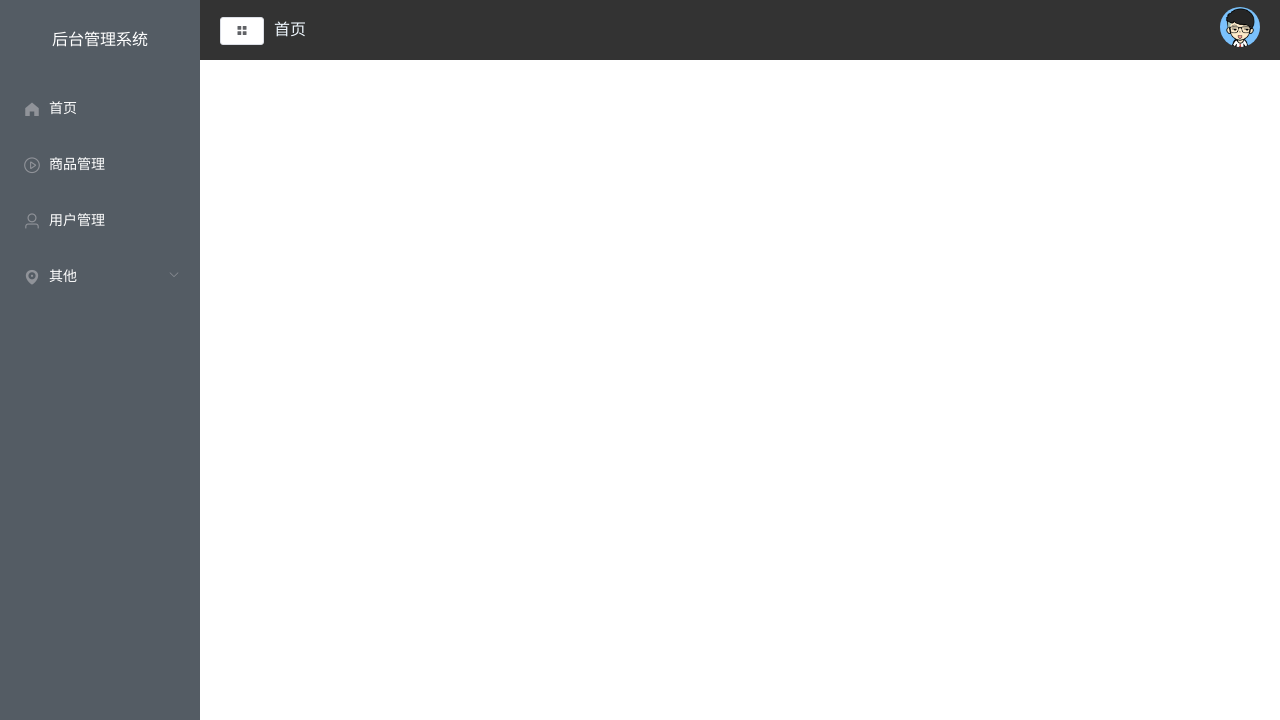
Repository: wuqu11/Management-system
Page: /
An editor plug-in stored every save of this project. The page is shown before and after a run of saves, followed by the edit.
The browser window is 1280 px wide. The pictures show the whole page.
The project was rebuilt for these pictures with package versions that can differ from the ones it lists, and the page was loaded fresh each time. Also part of the build but not shown: vue.config.js, src/view/User.vue, src/view/Mall.vue, src/view/PageOne.vue, src/view/PageTwo.vue.

Above is the page before, as saved 2023-07-18 08:15:15.

### src/main.js
import Vue from 'vue'
import App from './App.vue'
import ElementUI from 'element-ui';
  // import element from 'element-ui';
import 'element-ui/lib/theme-chalk/index.css';
import router from '@/router';

Vue.use(router)
Vue.use(ElementUI)
// Vue.use(Button)
Vue.config.productionTip = false

new Vue({
  router,
  render: h => h(App),
}).$mount('#app')

### src/App.vue
<template>
  <div id="app">
    <!-- <el-row>
        <el-button>默认按钮</el-button>
        <el-button type="primary">主要按钮</el-button>
        <el-button type="success">成功按钮</el-button>
        <el-button type="info">信息按钮</el-button>
        <el-button type="warning">警告按钮</el-button>
        <el-button type="danger">危险按钮</el-button>
    </el-row> -->
    <router-view></router-view>
  </div>
</template>

<script>


export default {
  name: 'App',
}
</script>

<style lang='less'>
    html,body{
      margin: 0;
      padding: 0;
    }
</style>

### src/router/index.js
import VueRouter from "vue-router";
import Vue from "vue";
import User from '@/view/User.vue';
import Home from '@/view/Home.vue';
import Main from '@/view/Main.vue';
import Mall from '@/view/Mall.vue';
import PageOne from '@/view/PageOne.vue';
import PageTwo from '@/view/PageTwo.vue'

//1.创建路由组件
//2.路由组件的映射
//3.创建路由实例对象

Vue.use(VueRouter);
const routes = [
    {
      path: '/',
      component:Main ,

      children:[
        { path: 'home', component: Home },
        { path: 'user', component: User },
        { path: 'mall', component: Mall },
        { path: 'page1', component: PageOne },
        { path: 'page2', component: PageTwo },
      ]
    },
    {
      path:'*',
      redirect:'/',
    }

  ]
 //先把VueRouter原型对象的push,先保存一份
let originPush = VueRouter.prototype.push;
let originReplce = VueRouter.prototype.replace;
//重写push|relace
//第一个参数:告诉原来push方法,你往哪里跳转(传递那些参数)
//第二个参数:成功回调
//第三个参数:失败回调
//call|apply区别
//相同点:都可以调用函数一次,都可以篡改函数的上下文一次
//不同点:call与apply传递参数,call传递参数用逗号隔开,apply方法执行,传递数组
VueRouter.prototype.push = function(location,resolve,reject){
    if(resolve && reject){
        originPush.call(this,location,resolve,reject)
    }else{
        originPush.call(this,location,()=>{},()=>{})
    }
};

VueRouter.prototype.replace = function(location,resolve,reject){
    if(resolve && reject){
        originReplce.call(this,location,resolve,reject)
    }else{
        originReplce.call(this,location,()=>{},()=>{})
    }
};

export default new VueRouter({
    routes // (缩写) 相当于 routes: routes
  })

### src/view/Main.vue
<template>
    <div>
        <el-container>
        <el-aside width="200px">
            <CommenSide />
        </el-aside>
        <el-container>
            <el-header class="el-header">
                <CommenHeader/>
            </el-header>
            <el-main>
                    <router-view></router-view>
            </el-main>
        </el-container>
        </el-container>
        <router-view></router-view>
    </div>
</template>

<script>
import CommenSide from '@/components/CommenSide.vue';
import CommenHeader from '@/components/CommenHeader.vue';
    export default {
        components:{CommenSide,CommenHeader}
    }
</script>

<style   scoped>
      .el-header {
    background-color: #B3C0D1;
    color: #111;
    line-height: 60px;
    padding: 0;
  }

  .el-aside {
    color: #333;
  }
</style>

### src/components/CommenSide.vue
<template>
    <div>

        <el-menu default-active="1-4-1" class="el-menu-vertical-demo" @open="handleOpen" @close="handleClose"
            :collapse="isCollapse" background-color="#545c64" text-color="#fff" active-text-color="#ffd04b">
             <h3>后台管理系统</h3>
            <el-menu-item  @click="clickMenu(item)" v-for="item in noChildren " :key='item.name' :index="item.name">
                <i :class='`el-icon-${item.icon}`'></i>
                <span slot="title">{{ item.label }}</span>
            </el-menu-item>
            <el-submenu  v-for="item in Children" :key='item.label' :index="item.label">
                <template slot="title">
                    <i :class='`el-icon-${item.icon}`'></i>
                    <span slot="title">{{ item.label }}</span>
                </template>
                <el-menu-item-group    v-for="subItem in item.children" :key="subItem.path">
                    <el-menu-item   @click="clickMenu(subItem)" :index="subItem.path">{{ subItem.label }}</el-menu-item>
                </el-menu-item-group>
            </el-submenu>

        </el-menu>
    </div>
</template>

<script>
export default {
    data() {
        return {
            isCollapse: false,
            menuDate: [{
                path: '/',
                name: 'home',
                label: '首页',
                icon: 's-home',
                url: 'Home/Home'
            },
            {
                path: '/mall',
                name: 'mall',
                label: '商品管理',
                icon: 'video-play',
                url: 'MallManage/MallManage'
            },
            {
                path: '/user',
                name: 'user',
                label: '用户管理',
                icon: 'user',
                url: 'UserManage/UserManage'
            },
            {
                label: '其他',
                icon: 'location',
                children: [
                    {
                        path: '/page1',
                        name: 'page1',
                        label: '页面1',
                        icon: 'setting',
                        url: 'Other/PageOne'
                    },
                    {
                        path: '/page2',
                        name: 'page2',
                        label: '页面2',
                        icon: 'setting',
                        url: 'Other/PageTwo'
                    }
                ]
            }]
        };
    },
    methods: {
        handleOpen(key, keyPath) {
            console.log(key, keyPath);
        },
        handleClose(key, keyPath) {
            console.log(key, keyPath);
        },
        clickMenu(item){
            console.log(item);
            this.$router.push(item.path)
        }
    },
    computed: {
        noChildren() {
            return this.menuDate.filter(item => !item.children)
        },
        Children() {
            return this.menuDate.filter(item => item.children)
        },

    },
}
</script>

<style lang='less' scoped>
    .el-menu-vertical-demo:not(.el-menu--collapse) {
        width: 200px;
        min-height: 400px;
    }
        .el-menu{
            height: 100vh;
            h3{
                color: #fff;
                text-align: center;
                line-height: 48px;
                font-size: 16px;
                font-weight: 400;
            }
        }

</style>

### src/components/CommenHeader.vue
<template>
        <div class="header-container">
            <div class="l-container">
                <el-button icon="el-icon-menu" size="mini"></el-button>
                <span class="text">首页</span>
            </div>
            <div class="r-container">
                <el-dropdown class="el-dropdown">
                    <span class="el-dropdown-link">
                        <img src="../assets/images/user.png" alt="" class="user">
                    </span>
                    <el-dropdown-menu slot="dropdown">
                        <el-dropdown-item>个人中心</el-dropdown-item>
                        <el-dropdown-item>退出</el-dropdown-item>
                    </el-dropdown-menu>
                </el-dropdown>
            </div>
        </div>
</template>

<script>
export default {

}
</script>

<style lang="less" scoped>
.header-container {
    height: 60px;
    background-color: #333;
    padding: 0 20px;
    display: flex;
    align-items: center;
    justify-content: space-between;

    .text {
        color: aliceblue;
        size: 14px;
        margin-left: 10px;
    }

    .r-container {
        .el-dropdown {
            top: 10px;
            .user {
                height: 40px;
                width: 40px;
                border-radius: 50%;
            }

        }
    }

}
</style>

### src/view/Home.vue
<template>
    <div>
        <h1>我是Home</h1>
    </div>
</template>

<script>
    export default {
        name:'Home'
    }
</script>

<style lang="less" scoped>

</style>

Loaded but not shown: public/index.html (common file)

After the next 3 saves:
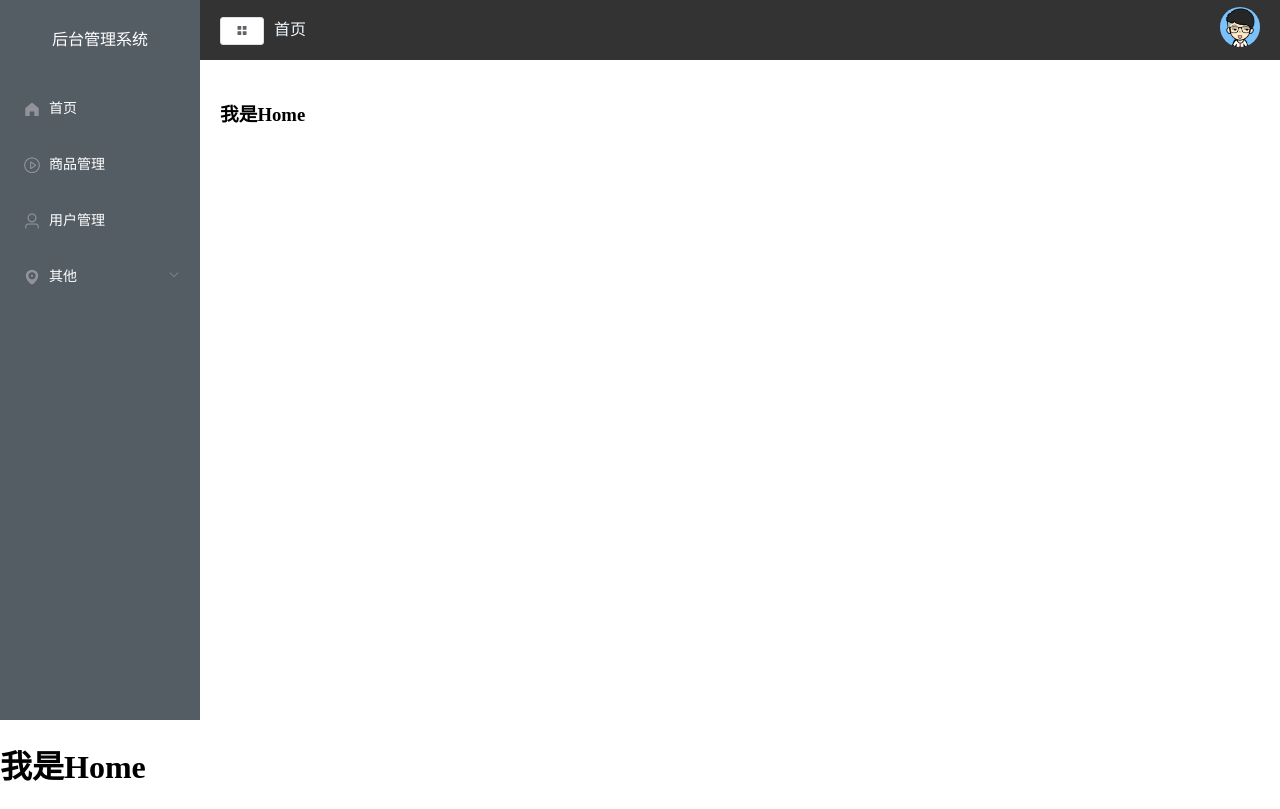
The 3 saves are shown as one change because they came seconds apart.
The last was saved 12 s later.
--- a/src/router/index.js
+++ b/src/router/index.js
@@ -16,7 +16,7 @@ const routes = [
     {
       path: '/',
       component:Main ,
-
+      redirect:'/home',
       children:[
         { path: 'home', component: Home },
         { path: 'user', component: User },
@@ -27,7 +27,7 @@ const routes = [
     },
     {
       path:'*',
-      redirect:'/',
+
     }
 
   ]
